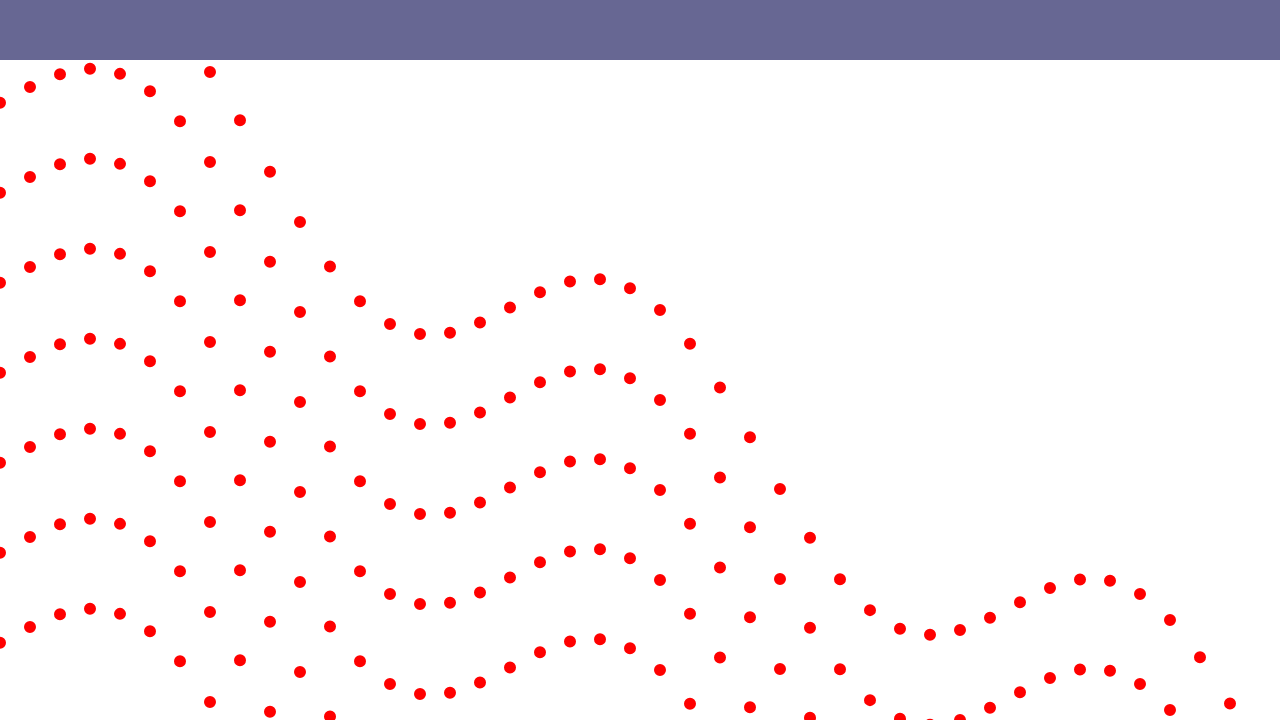
Repository: Iban-del/ProjetBacIban
Page: index.html
An editor plug-in stored every save of this project. The page is shown before and after the next save, followed by the edit.
The browser window is 1280 px wide. The pictures show the whole page.

Above is the page before, as saved 2025-02-18 20:12:43.

### index.html
<!DOCTYPE html>
<html lang="fr">
<head>
    <meta charset="UTF-8">
    <meta name="viewport" content="width=device-width, initial-scale=1.0">
    <link rel="icon" type="image/x-icon" href="./image/image.png">
    <link rel="stylesheet" href="./css/index.css">
    <title>Iban</title>
    <script src="./js/background.js" type="module"></script>
    <canvas id="canvas-background"></canvas>
</head>
<body>
    <nav class="navBar"></nav>

</body>
</html>

### css/index.css
html,body{
    margin: 0px;
    overflow-x: clip;
    display: flex;
}

.navBar{
    height: 60px;
    width: 100%;
    position: fixed;
    background-color: rgb(103, 103, 147);
    z-index: 1;
    display: flex;
    justify-content: end;
    align-items: center;
    color: white;
}

.background-canvas{
    overflow-x: clip;
    background:radial-gradient(rgb(50, 50, 71), rgb(0, 0, 0));
    z-index: 10;
    position: fixed;
}

### js/background.js
/**
 * création du fond du site
 */

//constante avec les couleur des composant
const darkColor ={
    backgrounds1:"#000",
    backgrounds2:"#141118",
};

//constante avec les couleur des composant
const lightColor ={
    backgrounds1:"#FDFCFE",
    backgrounds2:"#FAF8FD",
};


/**
 * fonction qui permet de géré le fond par default en cas d'érreur
 */
function defaultBackground(){

    const body = document.querySelector("body");

    if(body instanceof HTMLBodyElement){
        body.style.backgroundColor = darkColor.backgrounds2;
    }

}


/**
 * cette fonction permet d'attribué le style au canvas
 */
function canvasStyle(canvas){

    if(canvas instanceof HTMLCanvasElement){

        canvas.height = window.innerHeight;
        canvas.width = window.innerWidth;
        //canvas.style.background = "radial-gradient("+darkColor.backgrounds2+","+darkColor.backgrounds1+")";

        return;
    }

    throw new Error("Canvas n'est pas de type HTMLCanvasElement ");

}

/**
 * fonction de création d'une vague
 */
function vague(x){

    const A = 90;//l'amplitude
    const lambda = 0.002;//longueur d'onde
    const k = lambda*2*Math.PI; //nombre oscilation
    const phi = 3;//décalage
    return A*Math.sin(k*x+phi);
}


/**
 * affichage de la vague
 * @param CanvasRenderingContext2D  ctx
 */
function drawVague(ctx){

    if(ctx instanceof CanvasRenderingContext2D){
        for(let t = 0;t < window.innerHeight;t+= 90){
            for(let i = 0 ;i < window.innerWidth;i+=30){
                let x = i;
                let y = vague(x)+(t)+(x*0.6);
                ctx.beginPath();
                ctx.moveTo(x,y)
                ctx.fillStyle="red";
                ctx.arc(x,y,6,0,Math.PI*2,true)
                ctx.fill();
                console.log("test")
            }
        }

    }

}



/**
 * fonction d'initialisation du fond
 */
function init(){
    //récupération des élémentcanvas
    const canvas = document.querySelector("canvas");

    if(canvas instanceof HTMLCanvasElement){

        const ctx = canvas.getContext('2d');

        canvasStyle(canvas);
        drawVague(ctx)

    }
}

try{

    init()

}catch(error){

    console.log(error)
    defaultBackground()
}

After the next save:
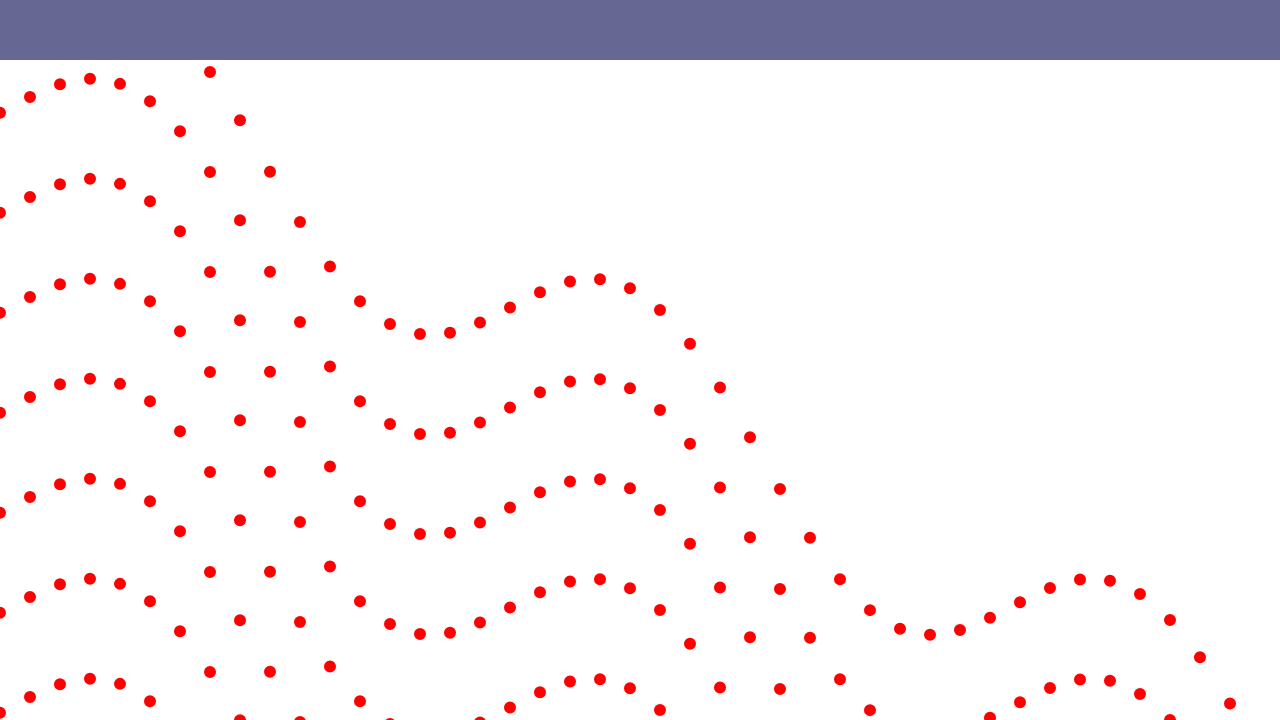
Saved 6 s later.
--- a/js/background.js
+++ b/js/background.js
@@ -67,7 +67,7 @@ function vague(x){
 function drawVague(ctx){
 
     if(ctx instanceof CanvasRenderingContext2D){
-        for(let t = 0;t < window.innerHeight;t+= 90){
+        for(let t = 0;t < window.innerHeight;t+= 100){
             for(let i = 0 ;i < window.innerWidth;i+=30){
                 let x = i;
                 let y = vague(x)+(t)+(x*0.6);
